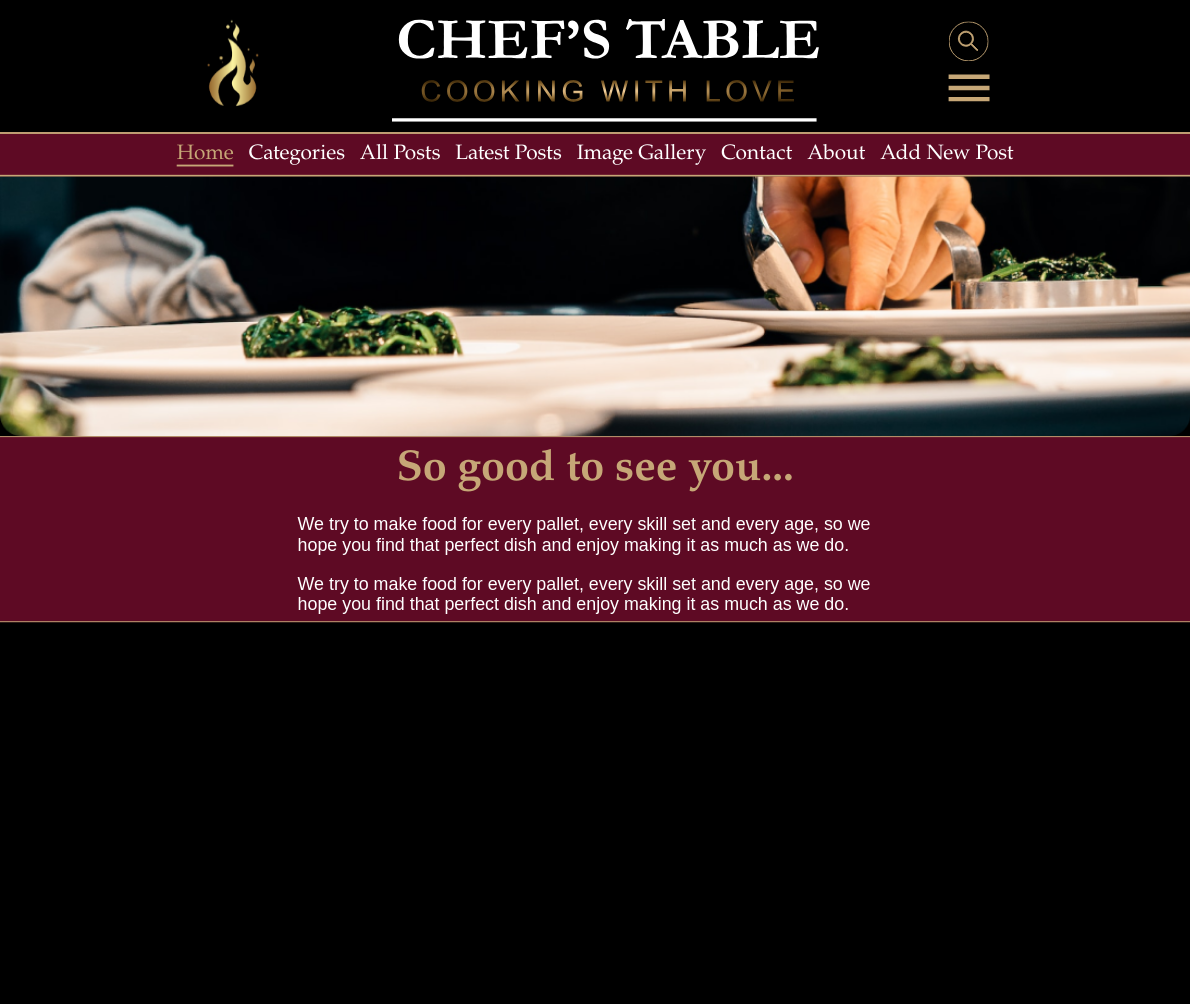
Repository: Noroff-FEU-Assignments/project-exam-1-runeunhjem
Page: index.html
The author's editor kept a copy of each file at every save. The page is drawn from the files as they stood at one save, then again after the next save.
The browser window is 1280 px wide. The pictures show the whole page, at 93% of full size.
The page's requests for data from a server got no answer.

Above is the page before, as saved 2023-05-01 13:56:20.

### index.html
<!DOCTYPE html>
<html lang="en">
<head>
  <!-- Hotjar Tracking Code for CHEF'S TABLE -->
  <script>
      (function(h,o,t,j,a,r){
          h.hj=h.hj||function(){(h.hj.q=h.hj.q||[]).push(arguments)};
          h._hjSettings={hjid:3468936,hjsv:6};
          a=o.getElementsByTagName('head')[0];
          r=o.createElement('script');r.async=1;
          r.src=t+h._hjSettings.hjid+j+h._hjSettings.hjsv;
          a.appendChild(r);
      })(window,document,'https://static.hotjar.com/c/hotjar-','.js?sv=');
  </script>
  <meta charset="UTF-8">
  <meta http-equiv="X-UA-Compatible" content="IE=edge">
  <meta name="viewport" content="width=device-width, initial-scale=1.0">
  <meta name="keywords" content="Cooking, Chef, Table, Dinner, Dessert, Cousine, Recipes, Food">
  <meta name="description" content="A blog with recipes for only the best and juiciest dishes">
  <link rel="stylesheet" href="css/styles.css">
  <link rel="stylesheet" href="css/out-of-view-menu-text.css">
  <link rel="shortcut icon" href="favicon.ico" type="image/x-icon">
  <script defer src="js/posts.js" type="module"></script>
  <script defer src="js/searchbar.js"></script>
  <script defer src="js/script.js" type="module"></script>
  <title>CHEF'S TABLE | Home</title>
</head>
<body>
  <header class="header-desktop header-mobile" aria-label="Header">
    <div class="header-container">
      <div class="header-flame-logo head-item">
        <a href="index.html" aria-label="Home">
          <img src="images/logo-flame.svg" class="flame-logo" alt="Chef's Table Flame Logo">
          <span class="out-of-view-menu-text">Home</span>
        </a>
      </div>
      <div class="header-text-logo head-item">
        <img src="images/mob-logo-text.svg" id="logo-text" alt="Chef's Table Text Logo">
      </div>
        <div class="search-and-menu header-icons head-item">
          <div class="search-icon">
            <img src="images/ico-search.svg" alt="Search Icon">
          </div>
          <div class="menu-icon">
            <img src="images/ico-menu.svg" alt="Menu Icon">
          </div>
        </div>
    </div>
    <nav class="main-navigation" aria-label="Main Navigation">
      <div class="nav-container">
        <div class="desk-menu mob-menu menu">
            <ul class="search-bar nav-bar">
              <li><a href="index.html" class="active">Home</a></li>
              <li><a href="categories.html">Categories</a></li>
              <li><a href="all-posts.html">All Posts</a></li>
              <li class="desktop-only tablet"><a href="latest-posts.html">Latest Posts</a></li>
              <li class="desktop-only tablet"><a href="image-gallery.html">Image Gallery</a></li>
              <li class="desktop-only"><a href="contact.html">Contact</a></li>
              <li class="desktop-only"><a href="about.html">About</a></li>
              <li class="desktop-only"><a href="add-new-post.html">Add New Post</a></li>
            </ul>
            <div class="search-container">
              <form>
                <input type="text" placeholder="Search..." aria-label="Search for recipes">
                <button type="submit" class="search-button">
                  <div class="searchbar-icon">
                    <img src="images/ico-search.svg" alt="Search Icon">
                  </div>
                </button>
              </form>
            </div>
          </div>
        </div>
    </nav>
  </header>
  <main class="index" aria-label="Main Section">
    <div class="hero-image post-preview" id="post-preview"></div>
    <div class ="thank-you-note">
      <h3 class="so-god-to-see-you">So good to see you...</h3>
      <p class="enjoy-note">We try to make food for every pallet, every skill set and every age, so we hope you find that perfect dish and enjoy making it as much as we do.</p>
      <p class="enjoy-note">We try to make food for every pallet, every skill set and every age, so we hope you find that perfect dish and enjoy making it as much as we do.</p>
    </div>
    <div class="carousel-home" id="carousel-home"></div>
  </main>
  <footer>
  </footer>
</body>
</html>

### css/styles.css
:root {
  --color-black: #000000;
  --color-white: #FFFFFF;
  --color-grey: #D9D9D9;
  --color-gold: #C6A777;
  --color-red: #A60033;
  --color-burgundy: #5E0A24;
  --border-radius-50: 50%;
  --border-radius-10: 10%;
  --border-1px-gold: 1px solid var(--color-gold);
  --border-2px-gold: 2px solid var(--color-gold);
  --font-family-elegant: "Garamond", "Times New Roman", serif;
  --font-family-normal: "Arial", "Helvetica", sans-serif;
}

*, *:before, *:after {
  box-sizing: inherit;
}

body {
  margin: 0;
  box-sizing: border-box;
  background-color: var(--color-black);
  color: var(--color-white);
  min-height: 150vh;
}

header {
  display: flex;
  justify-content: center;
  flex-wrap: wrap;
}

img {
  max-width: 100%;
  max-height: 100%;
}

.header-container {
  display: flex;
  justify-content: space-around;
  align-items: center;
  margin: 0.5em 1em 0.7em 1em;
  box-sizing: border-box;
  max-height: 100%;
  width: 90vw;
  max-width: 970px;
  gap: 1em;
}
.header-container .flame-logo {
  max-height: 100px;
}

.header-text-logo {
  display: flex;
  align-items: flex-start;
}

.search-icon, .menu-icon {
  display: flex;
  justify-content: center;
  align-items: flex-end;
}

.search-and-menu {
  gap: 0.5em;
}

.head-item {
  display: flex;
  flex-direction: column;
  align-items: center;
  justify-content: center;
}

.main-navigation {
  display: flex;
  justify-content: center;
  align-items: center;
  height: auto;
  max-width: 100%;
  max-height: 100%;
}

.nav-container .menu {
  background-color: var(--color-burgundy);
  border-top: var(--border-2px-gold);
  border-bottom: var(--border-2px-gold);
  display: flex;
  flex-direction: column;
  justify-content: center;
  align-items: center;
  width: 100vw;
  min-height: 36px;
  height: 4vw;
  max-height: 48px;
}
.nav-container ul {
  display: flex;
  justify-content: space-around;
  gap: 1em;
  padding: 0;
  margin: 0;
  align-items: center;
}
.nav-container a {
  font-family: var(--font-family-elegant);
  font-size: calc(1rem + 0.5vw);
  color: var(--color-white);
  text-decoration: none;
}
.nav-container .hide {
  display: none;
}
.nav-container a:hover {
  color: var(--color-gold);
}
.nav-container li {
  list-style: none;
}
.nav-container .active {
  color: var(--color-gold);
  border-bottom: var(--border-2px-gold);
}

.search-container {
  display: none;
}

.show {
  display: flex;
  justify-content: center;
  align-items: center;
  max-width: 970px;
}
.show form {
  display: flex;
  justify-content: center;
  align-items: center;
  gap: 0.5em;
}
.show form input {
  text-indent: 0.5em;
  font-size: 1.2rem;
  background-color: var(--color-black);
  color: var(--color-white);
  border: var(--border-1px-gold);
  min-height: 24px;
  height: 2vw;
  min-width: 250px;
  border-radius: 6px;
}
.show form .search-button {
  border-radius: var(--border-radius-50);
  padding: 0;
  margin: 0;
  background-color: var(--color-burgundy);
  border: 1px solid var(--color-burgundy);
  min-height: 24px;
  height: 2vw;
}
.show img {
  min-height: 24px;
  height: 2vw;
}

main {
  display: flex;
  flex-direction: column;
  justify-content: flex-start;
  align-items: center;
}

.hero-image {
  background-image: url(../images/hero-image.png);
  background-size: cover;
  background-repeat: no-repeat;
  background-position: center bottom;
  width: 100vw;
  height: 279px;
}

.thank-you-note {
  display: flex;
  flex-direction: column;
  justify-content: flex-start;
  text-align: center;
  width: 100%;
  height: 200px;
  margin-bottom: 1em;
  background-color: var(--color-burgundy);
  color: var(--color-white);
  border-top: var(--border-1px-gold);
  border-bottom: var(--border-1px-gold);
}

.so-god-to-see-you {
  margin: 0.2em auto;
  font-family: var(--font-family-elegant);
  font-size: calc(2.5rem + 0.5vw);
  color: var(--color-gold);
}

.enjoy-note {
  width: 50vw;
  text-align: left;
  margin: 0.5em auto;
  font-family: var(--font-family-normal);
  font-size: calc(0.8rem + 0.5vw);
}

.carousel-home {
  display: flex;
  justify-content: flex-start;
  align-items: flex-start;
  width: 80vw;
  margin-bottom: 2em;
  gap: 1em;
}

.post-container {
  border: var(--border-1px-gold);
  border-radius: 6px;
  padding: 0.5em;
  height: 295px;
  width: 243px;
}

.post-image-container {
  width: 213px;
  height: 110px;
  padding-bottom: 56.25%; /* 16:9 aspect ratio */
  background-size: cover;
  background-position: center center;
  border-top-left-radius: 6px;
  border-top-right-radius: 6px;
}

.post-title {
  font-family: var(--font-family-elegant);
  font-size: 1.2rem;
  font-weight: bold;
  color: var(--color-gold);
  height: 40px;
  margin: 0.4em 0 0 0;
}

.post-tagline {
  font-family: var(--font-family-normal);
  margin: 0.4em 0;
  font-size: 0.9rem;
  height: 32px;
}

.post-tags {
  font-family: var(--font-family-normal);
  font-size: 0.8rem;
  margin: 0 0 0.6em 0;
  height: 48px;
  line-height: 1.35;
}

.post-added {
  font-family: var(--font-family-normal);
  font-size: 0.7rem;
  margin: 0;
}

@media screen and (max-width: 768px) {
  .desktop-only {
    display: none;
  }
  .tablet {
    display: block;
  }
  .hero-image {
    background-image: url(../images/hero-image.png);
    height: 180px;
  }
}
@media screen and (max-width: 460px) {
  .tablet {
    display: none;
  }
  .hero-image {
    background-image: url(../images/hero-image.png);
    height: 100px;
  }
}/*# sourceMappingURL=styles_20230501135605.css.map */

### css/out-of-view-menu-text.css
.out-of-view-menu-text {
  position: absolute;
  left: -10000px;
}

### js/posts.js
const apiUrl = "https://wordpress.runeunhjem.no/wp-json/wp/v2/posts?per_page=50";
let posts = [];

async function getPosts() {
  try {
    const response = await fetch(apiUrl);
    const result = await response.json();
    console.log(result);

    for (const item of result) {
      const categoriesResponse = await fetch(item._links["wp:term"][0].href);
      const categoriesResult = await categoriesResponse.json();
      const categories = categoriesResult.map(category => category.name);

      const tagsResponse = await fetch(item._links["wp:term"][1].href);
      const tagsResult = await tagsResponse.json();
      const tags = tagsResult
        .filter((tag) => tag.name !== "ep1" && tag.name !== "food").map((tag) => tag.name);

      const post = {
        postId: item.id,
        title: item.title.rendered.replace(/&amp;/g, "&"),
        shortDescription: item.content.rendered.match(/<p>(.*?)<\/p>/)[1].trim(),
        tags: tags,
        date: new Date(item.date),
        categories: categories,
        image: item.content.rendered.match(/src="([^"]*)"/)[1],
        instructions: item.content.rendered.match(/<ol>(.*?)<\/ol>/s)[0],
        recipe: item.content.rendered.match(/Ingredients:([\s\S]*?)<ol>/)[1].trim(),
      };
      posts.push(post);
    // for (const item of result) {
    //   // fetch categories and tags for the post

    //   const post = {
    //     postId: item.id,
    //     title: item.title.rendered.replace(/&/g, "&amp;"),
    //     categories: categories,
    //     tags: tags,
    //     image: item.content.rendered.match(/src="([^"]*)"/)[1],
    //     instructions: item.content.rendered.match(/<ol>(.*?)<\/ol>/s)[0],
    //     recipe: item.content.rendered.match(/Ingredients:([\s\S]*?)<ol>/)[1].trim(),
    //     shortDescription: item.excerpt.rendered.replace(/(<([^>]+)>)/gi, "").trim()
    //   };
    //   posts.push(post);
    };
  } catch (error) {
    console.log(error);
  };
};

export { getPosts, posts };

### js/script.js
import { getPosts, posts } from "./posts.js";

(async function () {
  await getPosts();
  console.log("posts is: ", posts);

  const carousel = document.getElementById("carousel-home");

  for (const post of posts) {
    const postContainer = document.createElement("div");
    postContainer.classList.add("post-container");

    const container = document.createElement("div");
    container.classList.add("post-image-container");
    postContainer.appendChild(container);

    const image = new Image();
    image.onload = function () {
      container.style.backgroundImage = `url(${image.src})`;
    };
    image.src = post.image;

    const title = document.createElement("h2");
    title.classList.add("post-title");
    title.textContent = post.title;
    postContainer.appendChild(title);

    const tagLine = document.createElement("p");
    tagLine.classList.add("post-tagline");
    tagLine.textContent = post.shortDescription;
    postContainer.appendChild(tagLine);

    const tags = document.createElement("p");
    tags.classList.add("post-tags");
    tags.textContent = `Tags: ${post.tags.join(", ")}`;
    postContainer.appendChild(tags);

    const date = new Date(post.date);
    const dateString = `${date.toLocaleString("default", { month: "short" })} ${date.getDate()}, ${date.getFullYear()}`;
    const added = document.createElement("p");
    added.classList.add("post-added");
    added.textContent = `Added: ${dateString}`;
    postContainer.appendChild(added);


    // const categories = document.createElement("p");
    // categories.textContent = `Categories: ${post.categories.join(", ")}`;
    // postContainer.appendChild(categories);


    // const instructions = document.createElement("div");
    // instructions.innerHTML = post.instructions;
    // postContainer.appendChild(instructions);

    // const recipe = document.createElement("div");
    // recipe.innerHTML = post.recipe;
    // postContainer.appendChild(recipe);

    carousel.appendChild(postContainer);
  }
})();

### js/searchbar.js
const searchIcon = document.querySelector(".search-icon");
const searchContainer = document.querySelector(".search-container");
const navContainer = document.querySelector(".search-bar");

searchIcon.addEventListener("click", function () {
  searchContainer.classList.toggle("show");
  navContainer.classList.toggle("hide");
});

After the next save:
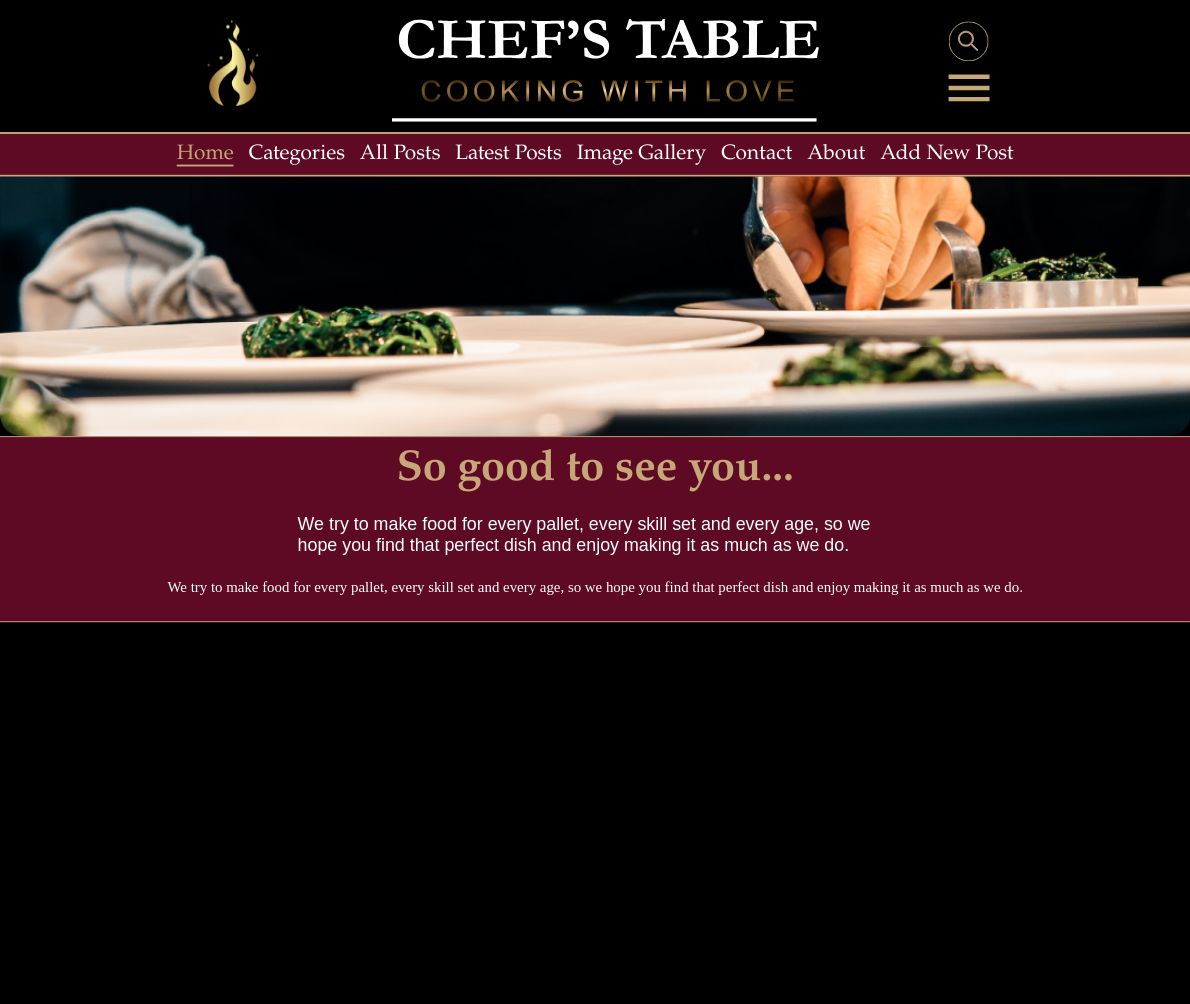
Saved 13 s later.
--- a/index.html
+++ b/index.html
@@ -78,7 +78,7 @@
     <div class ="thank-you-note">
       <h3 class="so-god-to-see-you">So good to see you...</h3>
       <p class="enjoy-note">We try to make food for every pallet, every skill set and every age, so we hope you find that perfect dish and enjoy making it as much as we do.</p>
-      <p class="enjoy-note">We try to make food for every pallet, every skill set and every age, so we hope you find that perfect dish and enjoy making it as much as we do.</p>
+      <p class="check-latest-note">We try to make food for every pallet, every skill set and every age, so we hope you find that perfect dish and enjoy making it as much as we do.</p>
     </div>
     <div class="carousel-home" id="carousel-home"></div>
   </main>
